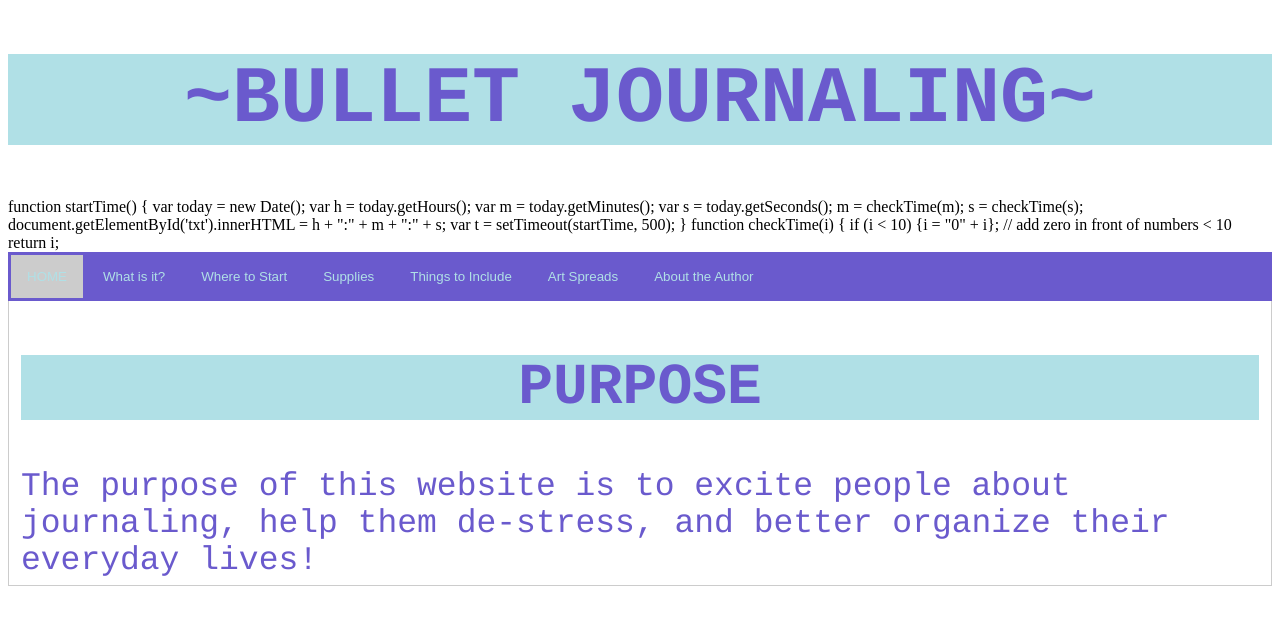
Repository: m-e-l-i-s-s-a/m-e-l-i-s-s-a.github.io
Page: journaling/index.html
The author's editor kept a record of every edit. The page is drawn from the files as they stood at one moment, then again after the next edit.
The browser window is 1280 px wide. The pictures show the whole page.

Above is the page before.

After the next edit:
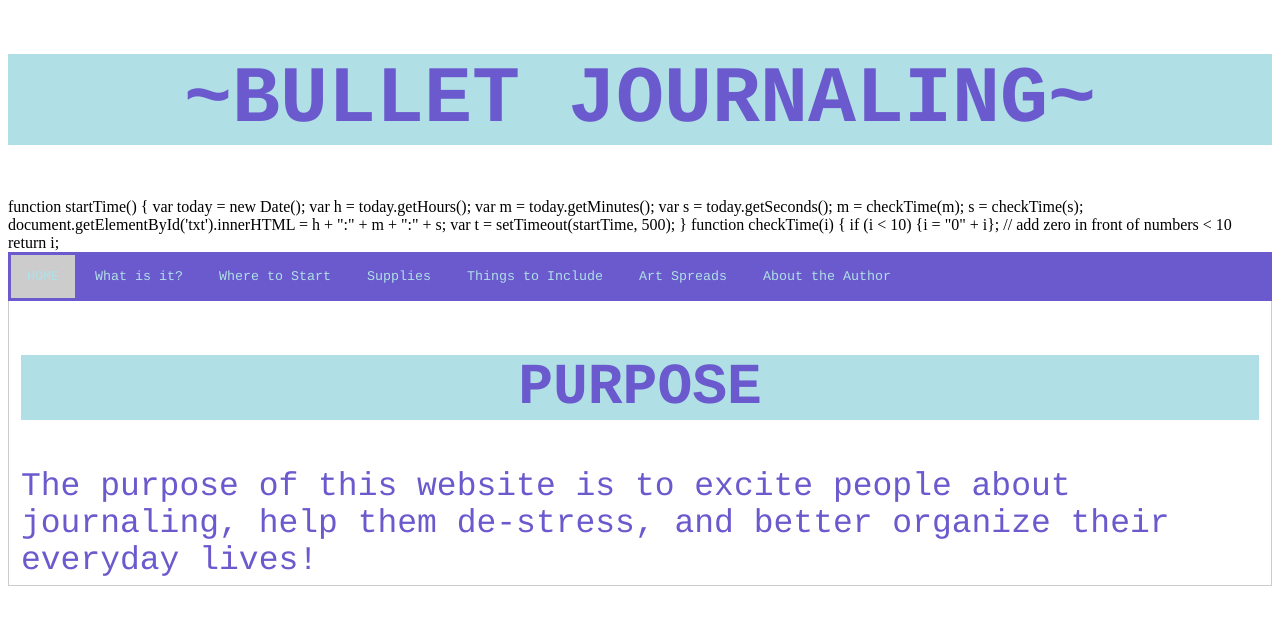
The edit:
--- a/journaling/journaling.css
+++ b/journaling/journaling.css
@@ -56,6 +56,7 @@
               cursor: pointer;
               padding: 14px 16px;
               transition: 0.3s;
+              font-family: cursive, courier;
        }
 
 /* Change background color of buttons on hover */
